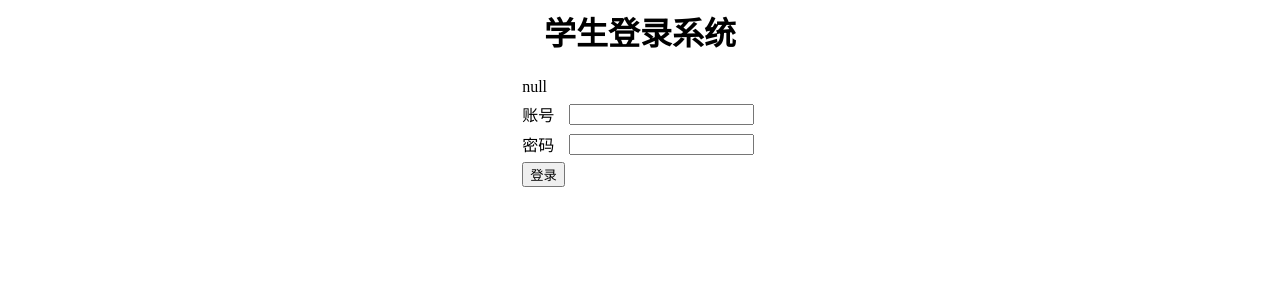
Repository: qq847261175/JavaWeb
Page: http://localhost/Student_Manager_Systerm/
An editor plug-in stored every save of this project. The page is shown before and after the next save, followed by the edit.
The browser window is 1280 px wide. The pictures show the whole page.
The page is served by Tomcat 9. Other server files are loaded and not shown.

Above is the page before, as saved 2016-10-30 06:59:20.

### Student_Manager_Systerm/WebRoot/index.jsp
<%@ page language="java" import="java.util.*" pageEncoding="UTF-8"%>

<!DOCTYPE HTML PUBLIC "-//W3C//DTD HTML 4.01 Transitional//EN">
<html>
  <head>
  <title>学生管理系统登录</title>
  </head>
  <body>
  <div align="center">
    <h1>学生登录系统</h1>
  <form action="/Student_Manager_Systerm/LoginServlet" method="post">
    <table>
    <tr>
    <td>
    <%= request.getAttribute("msg")%>
    <td>
    <tr/>
    <tr>
    <td>账号 <td/>
    <td><input type="text" name="username"/><td/>
    <tr/>
    <tr>
    <td>密码 <td/>
    <td><input type="password" name="password"/><td/>
     <tr/>
	<tr>
    <td colspan="2"><input  type="submit" value="登录"/><td/>
     <tr/>
    </table>
    </form>
    <div/>
  </body>
</html>

After the next save:
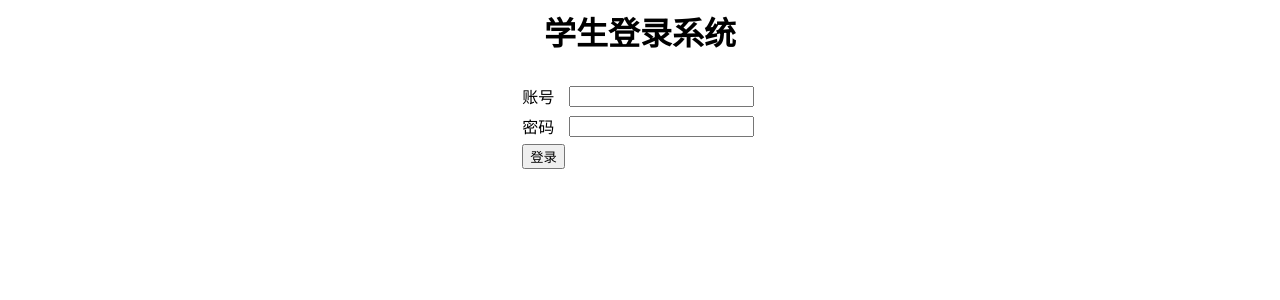
Saved 9 min 12 s later.
--- a/Student_Manager_Systerm/WebRoot/index.jsp
+++ b/Student_Manager_Systerm/WebRoot/index.jsp
@@ -12,7 +12,7 @@
     <table>
     <tr>
     <td>
-    <%= request.getAttribute("msg")%>
+     ${msg}
     <td>
     <tr/>
     <tr>
